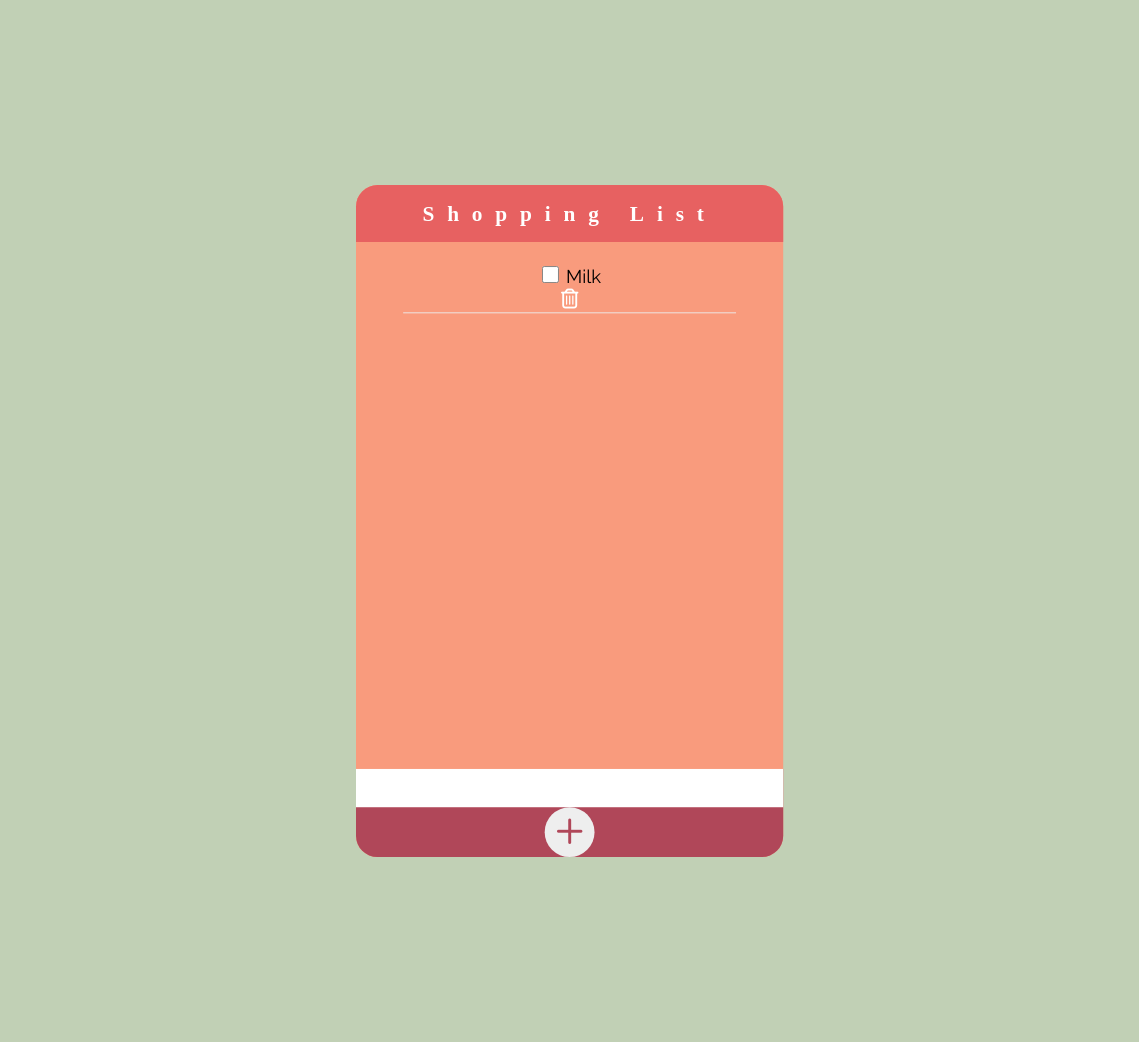
Repository: sephinejo/shopping-list-app
Page: index.html
An editor plug-in stored every save of this project. The page is shown before and after the next save, followed by the edit.
The browser window is 1280 px wide. The pictures show the whole page, at 89% of full size.
Some web fonts or font styles are not loaded; a fallback is used. Some web libraries are served in a nearby version.

Above is the page before, as saved 2023-05-12 17:07:45.

After the next save:
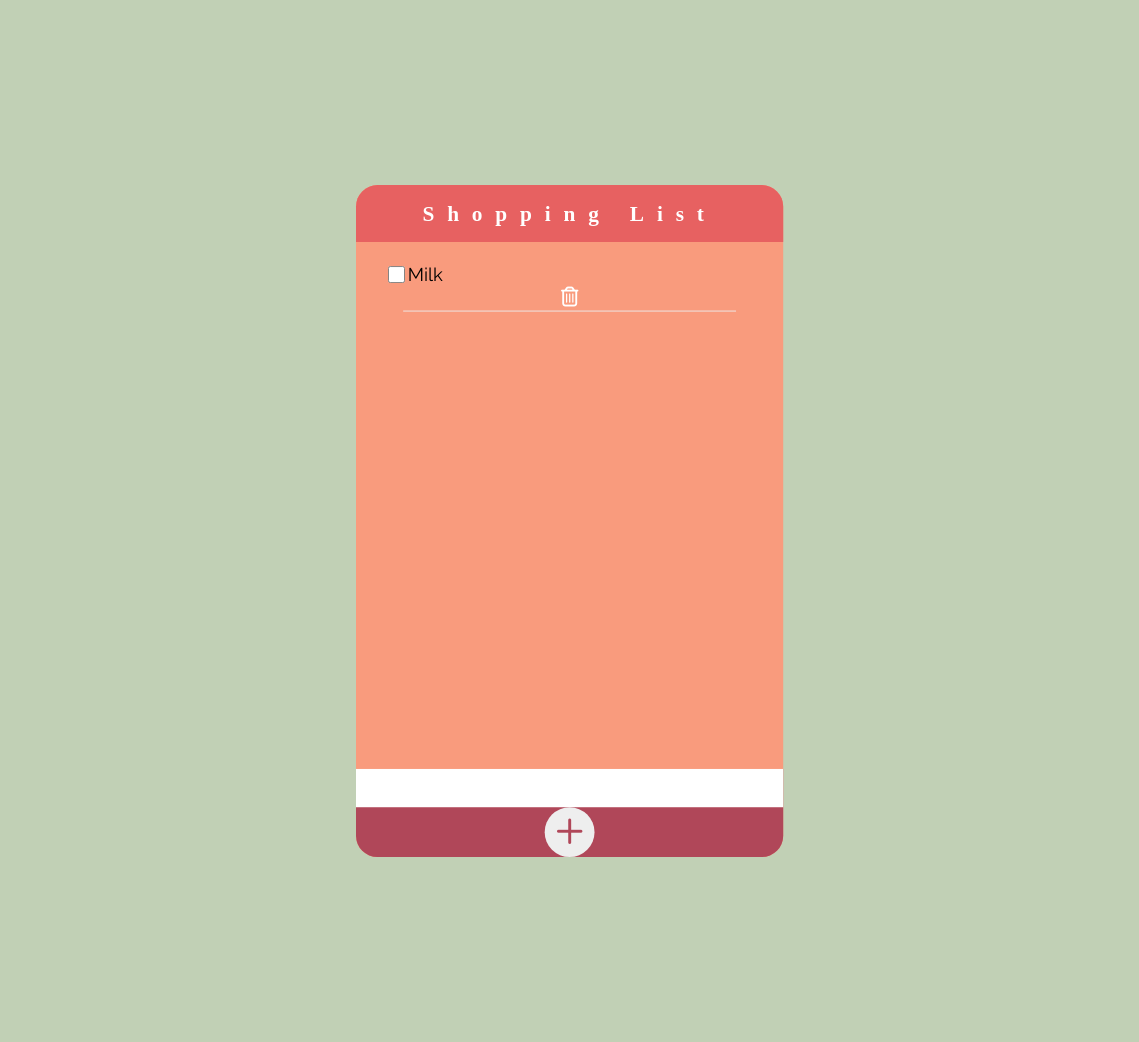
Saved 41 s later.
--- a/style.css
+++ b/style.css
@@ -52,6 +52,10 @@ Items
   font-size: 1.3rem;
   font-family: 'Raleway';
   font-weight: 500;
+}
+
+.item__name {
+  display: flex;
 }
 
 .item__checkbox {
